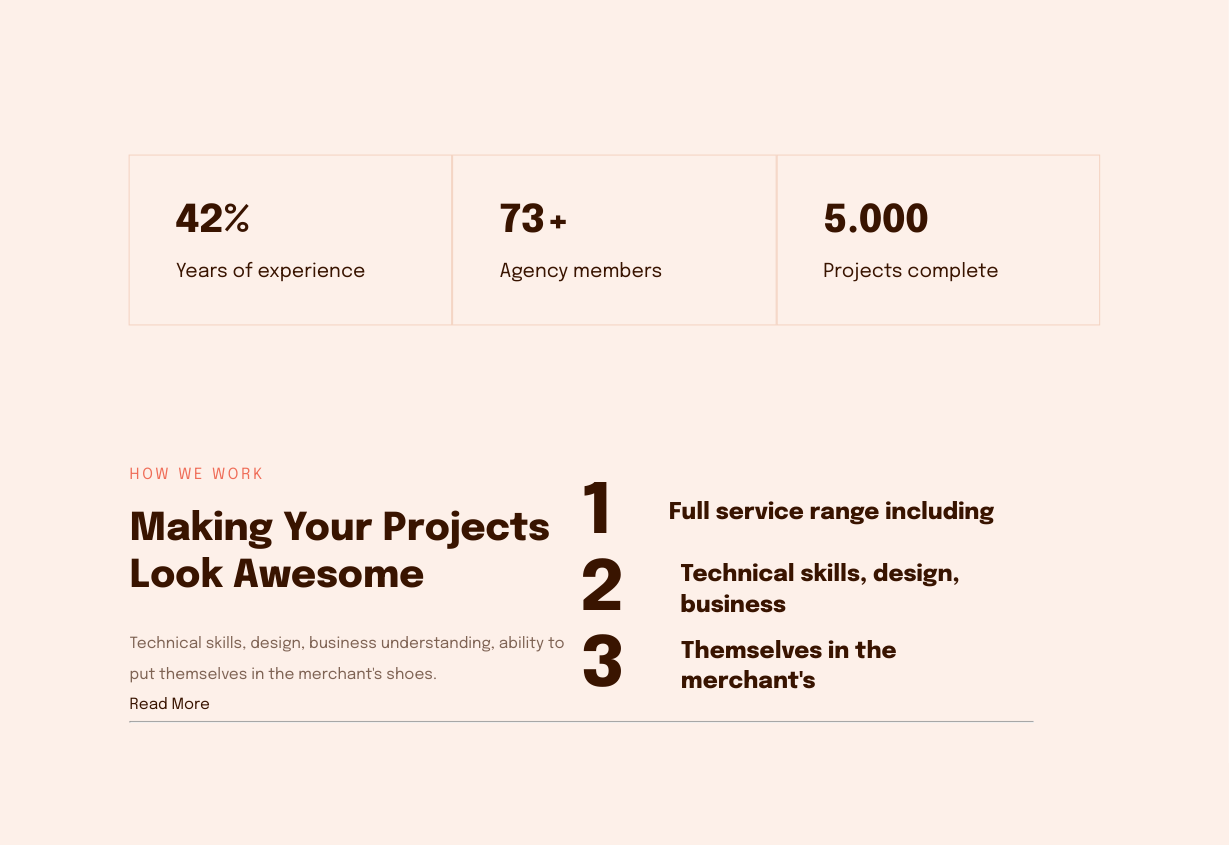
Repository: MehdiKerimov/Figma-task-7
Page: index.html
An editor plug-in stored every save of this project. The page is shown before and after the next save, followed by the edit.
The browser window is 1280 px wide. The pictures show the whole page, at 96% of full size.

Above is the page before, as saved 2023-08-30 12:20:15.

After the next save:
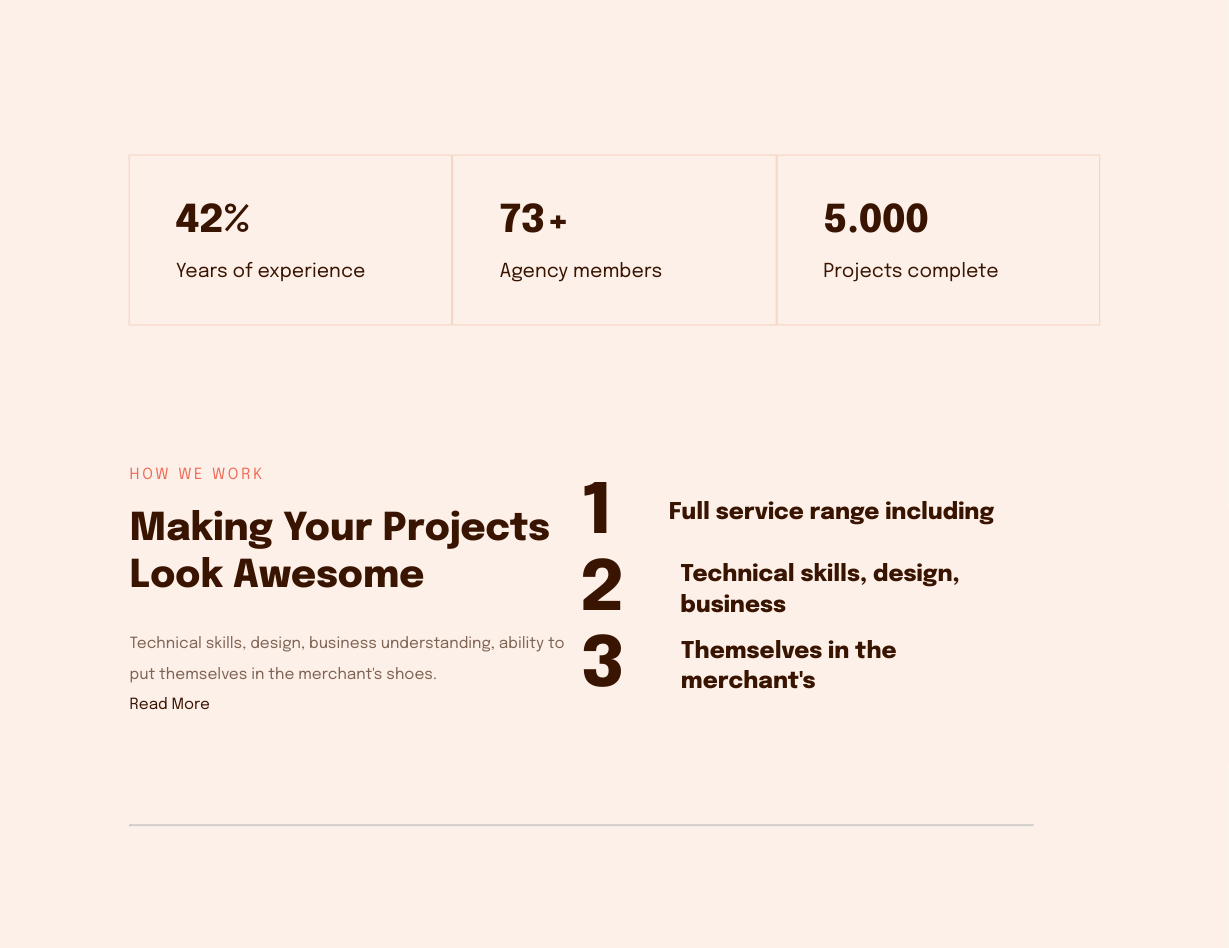
Saved 9 s later.
--- a/index.css
+++ b/index.css
@@ -143,4 +143,7 @@ font-style: normal;
 font-weight: 700;
 line-height: 32px; /* 133.333% */
 }
-.co
+.container-2 hr{
+margin-top: 108px;
+
+}
